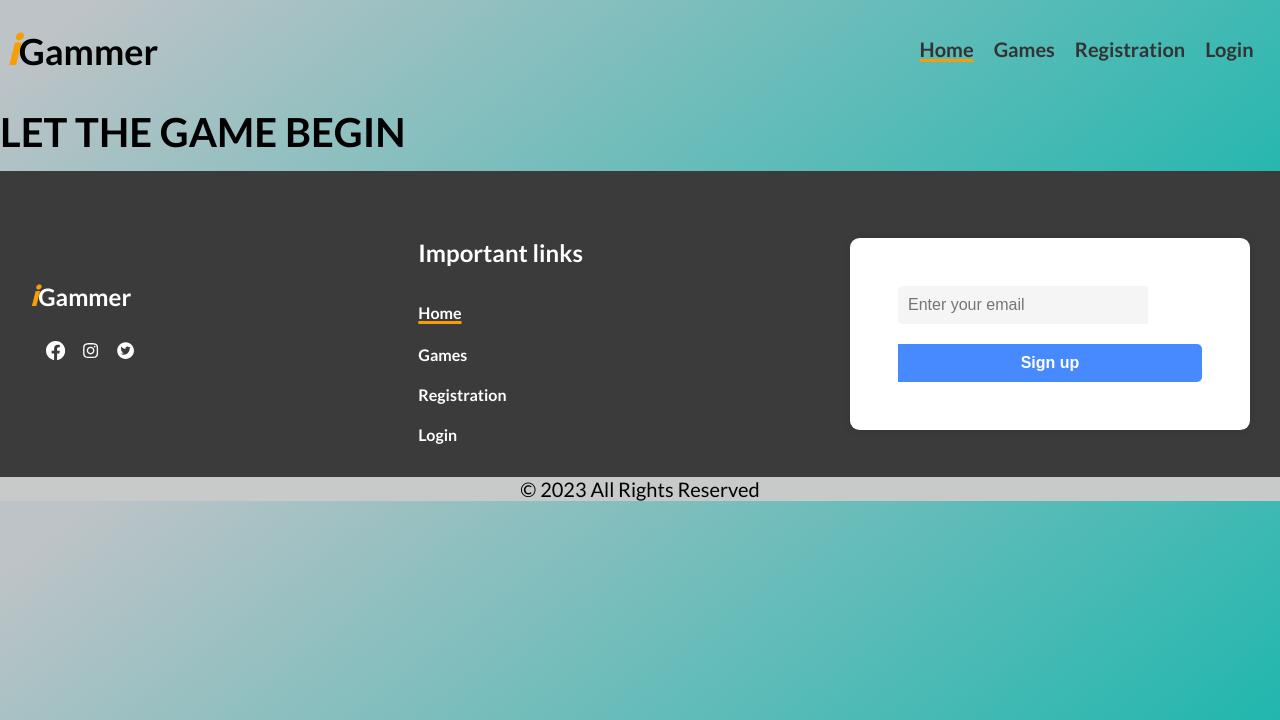
Repository: DannyMyles/iGammer
Page: /
An editor plug-in stored every save of this project. The page is shown before and after the next save, followed by the edit.
The browser window is 1280 px wide. The pictures show the whole page.
The project was rebuilt for these pictures with package versions that can differ from the ones it lists, and the page was loaded fresh each time. Also part of the build but not shown: src/pages/games/games.css, src/pages/games/Games.tsx, src/pages/home/home.css, src/pages/login/Login.tsx, src/pages/playgame/playgame.css, src/pages/playgame/PlayGame.tsx, src/pages/register/register.css, src/pages/register/Register.tsx.

Above is the page before, as saved 2023-03-16 13:21:17.

After the next save:
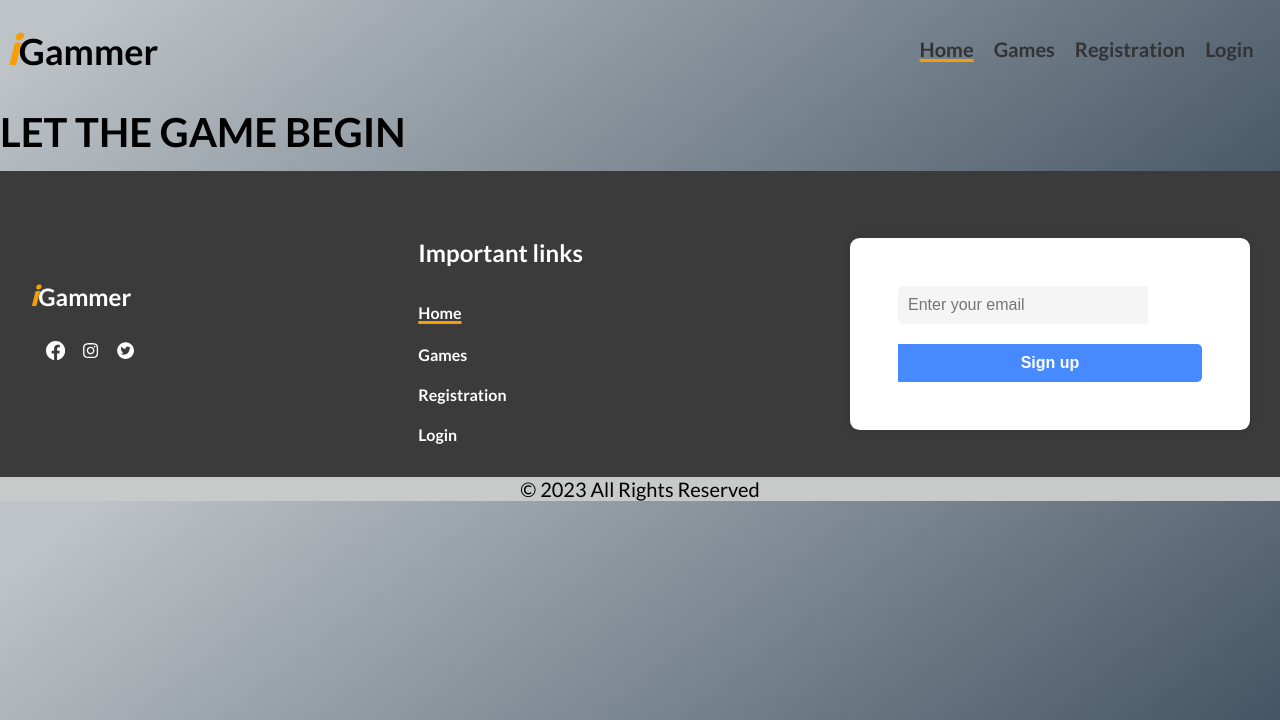
Saved 10 s later.
--- a/src/index.css
+++ b/src/index.css
@@ -7,7 +7,7 @@ body {
 	margin: 0;
 	padding: 0;
 	background: linear-gradient(#bdc3c7 → #2c3e50);
-	background: linear-gradient(142deg, #bdc3c7 5%, rgba(0,180,169,1) 97%);
+	background: linear-gradient(142deg, #bdc3c7 5%, #2c3e50 97%);
 	align-items: center;
 	flex-direction: column;
 	font-family: 'Lato', sans-serif;
